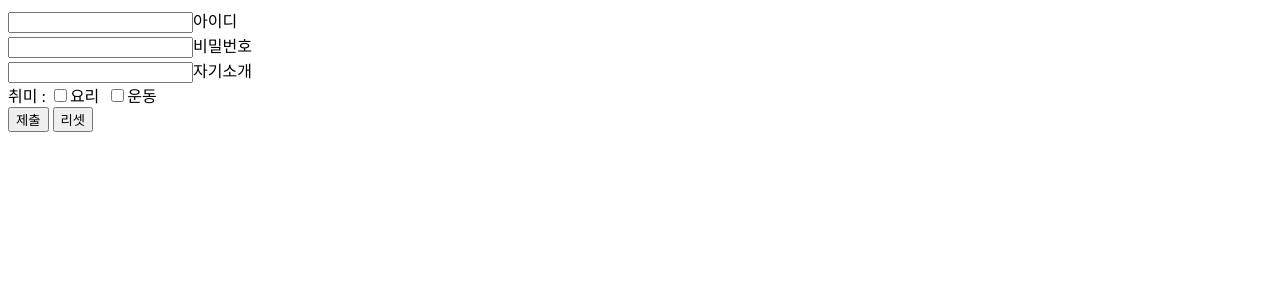
Repository: hanbeen03/javabasic
Page: http://localhost/JSPBasic/01-request/req_param_send.jsp
The author's editor kept a copy of each file at every save. The page is drawn from the files as they stood at one save, then again after the next save.
The browser window is 1280 px wide. The pictures show the whole page.
The page is served by Tomcat 9.

Above is the page before, as saved 2021-07-30 05:40:23.

After the next save:
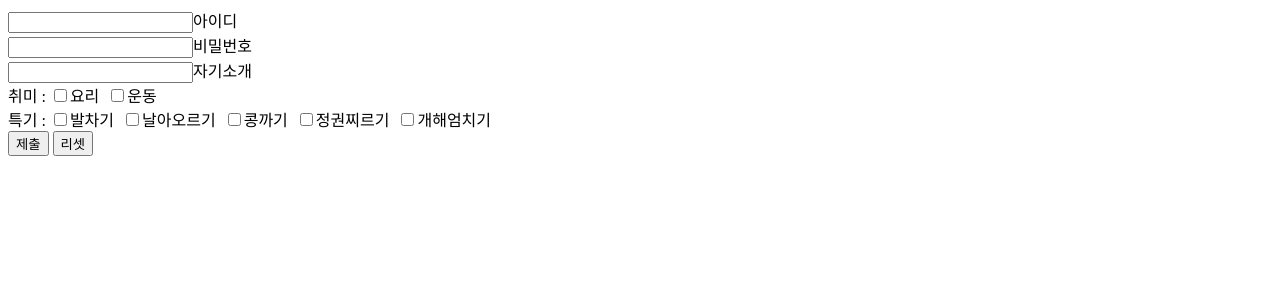
Saved 4 min 44 s later.
--- a/JSPBasic/WebContent/01-request/req_param_send.jsp
+++ b/JSPBasic/WebContent/01-request/req_param_send.jsp
@@ -20,8 +20,16 @@
 		취미 :
 		<input type="checkbox" name="hobby" value="요리">요리&nbsp;
 		<input type="checkbox" name="hobby" value="운동">운동&nbsp;
+		<br>
+		특기 :
+		<input type="checkbox" name="activity" value="발차기"/>발차기&nbsp;
+		<input type="checkbox" name="activity" value="날아오르기"/>날아오르기&nbsp;
+		<input type="checkbox" name="activity" value="콩까기"/>콩까기&nbsp;
+		<input type="checkbox" name="activity" value="정권찌르기"/>정권찌르기&nbsp;
+		<input type="checkbox" name="activity" value="개해엄치기"/>개해엄치기
+		<br>
 
-		<br>
+
 		<input type="submit" value="제출"/>
 		<input type="reset" value="리셋"/>
 
